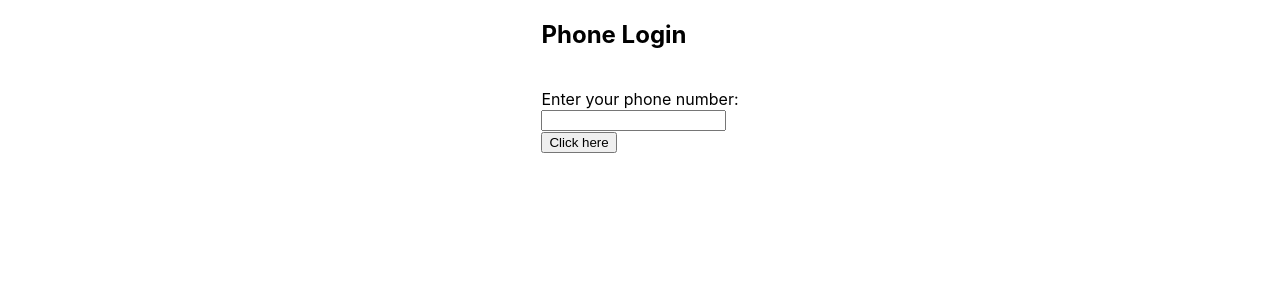
Repository: Rubin78/login-verification
Page: /
The author's editor kept a copy of each file at every save. The page is drawn from the files as they stood at one save, then again after the next save.
The browser window is 1280 px wide. The pictures show the whole page.
The project was rebuilt for these pictures with package versions that can differ from the ones it lists, and the page was loaded fresh each time.

Above is the page before, as saved 2021-02-16 01:40:49.

### src/App.js
import React, { Component, label } from "react";
import "./App.css";
import firebase from "./firebase";

export default class App extends Component {
  constructor(props) {
    super(props);

    this.state = {
      phoneNumber: null,
    };
  }

  //   setUpRecaptcha = () =>{
  // window.recaptchaVerifier = new firebase.auth.RecaptchaVerifier(
  //   "sign-in-button",
  //   {
  //     size: "invisible",
  //     callback: (response) => {
  //       // reCAPTCHA solved, allow signInWithPhoneNumber.
  //       this.onSignInSubmit();
  //     },
  //   }
  // );

  //   };

  //   onSignInSubmit = (event) => {
  // event.preventDefault();
  //     const phoneNumber = "+918369696578";
  //     const appVerifier = window.recaptchaVerifier;
  //     firebase
  //       .auth()
  //       .signInWithPhoneNumber(phoneNumber, appVerifier)
  //       .then((confirmationResult) => {
  // SMS sent. Prompt user to type the code from the message, then sign the
  // user in with confirmationResult.confirm(code).
  // window.confirmationResult = confirmationResult;
  // ...
  // })
  // .catch((error) => {
  // Error; SMS not sent
  // ...
  //     });
  // }

  handleClick = (e) => {
    e.preventDefault();
    const { phoneNumber } = this.state;
    const phoneNumber_countryCode = `+91${phoneNumber}`;
    console.log(phoneNumber_countryCode);
    let recaptcha = new firebase.auth.RecaptchaVerifier("recaptcha");
    let number = phoneNumber_countryCode;
    firebase
      .auth()
      .signInWithPhoneNumber(number, recaptcha)
      .then(function (e) {
        let code = prompt("enter otp", "");
        if (code == null) return;
        e.confirm(code)
          .then(function (result) {
            console.log(result.user, "user");
            document.querySelector("label").textContent =
              result.user.phoneNumber + "Number Verified";
          })
          .catch((error) => {
            console.log(error);
          });
      });
  };

  render() {
    const { phoneNumber } = this.state;
    return (

       <div className="container">

<div className="row justify-content-center align-item-center">

<div className="col-sm-6 text-left">
  <h2>Phone Login</h2>
  </div>
        <form onSubmit={this.handleClick}>
          <div id="recaptcha"></div>
          <br />
          <div><label for="phone">Enter your phone number: </label></div>
          <input
            type="tel"
            pattern="[789][0-9]{9}"
            value={phoneNumber}
            onChange={(e) => {
              this.setState({
                phoneNumber: e.target.value,
              });
            }}
          />
          <br />
          <input type="submit" value="Click here" />
        </form>
        </div>
        {/* <div className="container">

<div className="row justify-content-center align-item-center">

<div className="col-sm-6 text-left">
  <h2>Phone Login</h2>
  </div>
<form onSubmit={this.onSignInSubmit}>
  <div className="form-group">
    <label for ="exampleInputEmail1">phone number</label>
    <input type="number" className="form-control" />
    </div>

    <button type="submit" className="btn btn-primary">submit</button>
    </form>
  </div>
  </div> */}
      </div>
    );
  }
}

### src/App.css
.App {
  text-align: center;
}
.container{
  display: flex;
  justify-content: center;
  align-items: center;
}
.App-logo {
  height: 40vmin;
  pointer-events: none;
}

@media (prefers-reduced-motion: no-preference) {
  .App-logo {
    animation: App-logo-spin infinite 20s linear;
  }
}

.App-header {
  background-color: #282c34;
  min-height: 100vh;
  display: flex;
  flex-direction: column;
  align-items: center;
  justify-content: center;
  font-size: calc(10px + 2vmin);
  color: white;
}

.App-link {
  color: #61dafb;
}

@keyframes App-logo-spin {
  from {
    transform: rotate(0deg);
  }
  to {
    transform: rotate(360deg);
  }
}

### src/firebase.js
import firebase from "firebase";
import "firebase/auth";



// Your web app's Firebase configuration
var firebaseConfig = {
  apiKey: "AIzaSyCPzRnaARKqxbz7v2rWT2UkPVg2Tu1pzO8",
  authDomain: "phone-login-2db6e.firebaseapp.com",
  projectId: "phone-login-2db6e",
  storageBucket: "phone-login-2db6e.appspot.com",
  messagingSenderId: "683632220759",
  appId: "1:683632220759:web:e58cc6ba32dc476c8a2112",
};
// Initialize Firebase
firebase.initializeApp(firebaseConfig);

export default firebase;

Loaded but not shown: public/index.html (common file); src/index.js (common file); src/index.css (common file); src/reportWebVitals.js (common file)

After the next save:
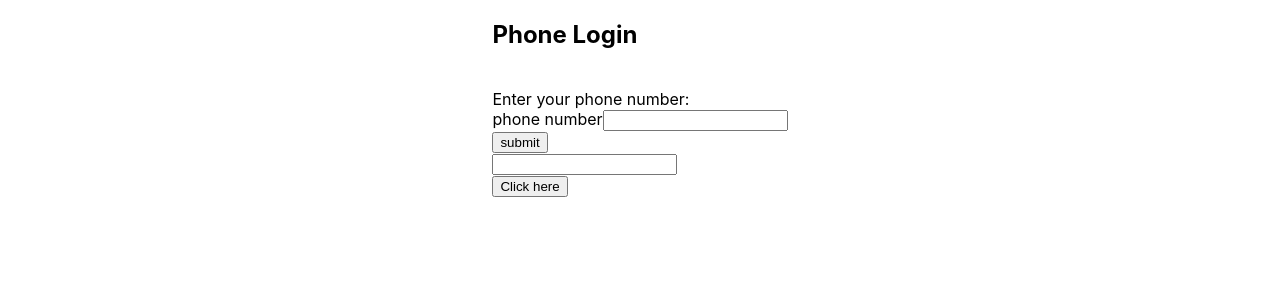
Saved 72 s later.
--- a/src/App.js
+++ b/src/App.js
@@ -72,31 +72,41 @@
   render() {
     const { phoneNumber } = this.state;
     return (
+      <div className="container">
+        <div className="row justify-content-center align-item-center">
+          <div className="col-sm-6 text-left">
+            <h2>Phone Login</h2>
+          </div>
+          <form onSubmit={this.handleClick}>
+            <div id="recaptcha"></div>
+            <br />
+            <div>
+              <label for="phone">Enter your phone number: </label>
+            </div>
 
-       <div className="container">
+            <form onSubmit={this.onSignInSubmit}>
+              <div className="form-group">
+                <label for="exampleInputEmail1">phone number</label>
+                <input type="number" className="form-control" />
+              </div>
 
-<div className="row justify-content-center align-item-center">
-
-<div className="col-sm-6 text-left">
-  <h2>Phone Login</h2>
-  </div>
-        <form onSubmit={this.handleClick}>
-          <div id="recaptcha"></div>
-          <br />
-          <div><label for="phone">Enter your phone number: </label></div>
-          <input
-            type="tel"
-            pattern="[789][0-9]{9}"
-            value={phoneNumber}
-            onChange={(e) => {
-              this.setState({
-                phoneNumber: e.target.value,
-              });
-            }}
-          />
-          <br />
-          <input type="submit" value="Click here" />
-        </form>
+              <button type="submit" className="btn btn-primary">
+                submit
+              </button>
+            </form>
+            <input
+              type="tel"
+              pattern="[789][0-9]{9}"
+              value={phoneNumber}
+              onChange={(e) => {
+                this.setState({
+                  phoneNumber: e.target.value,
+                });
+              }}
+            />
+            <br />
+            <input type="submit" value="Click here" />
+          </form>
         </div>
         {/* <div className="container">
 

After the 2 saves that followed:
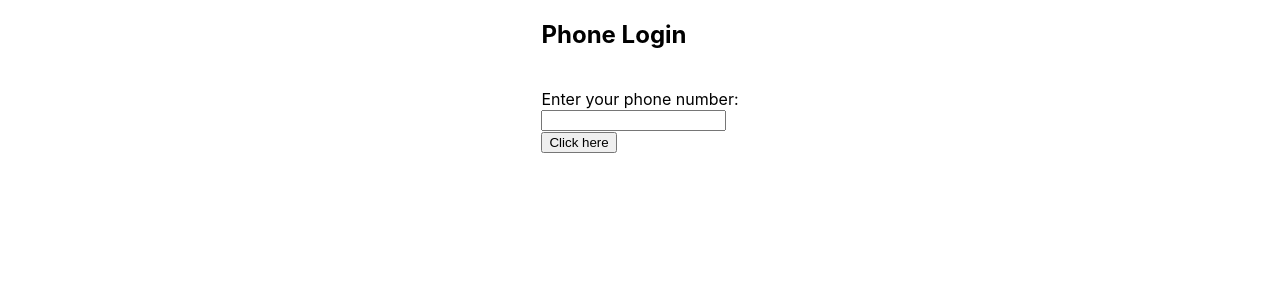
The 2 saves are shown as one change because 1 left the picture as it was.
The last was saved 11 s later.
--- a/src/App.js
+++ b/src/App.js
@@ -72,41 +72,33 @@
   render() {
     const { phoneNumber } = this.state;
     return (
-      <div className="container">
-        <div className="row justify-content-center align-item-center">
-          <div className="col-sm-6 text-left">
-            <h2>Phone Login</h2>
-          </div>
-          <form onSubmit={this.handleClick}>
-            <div id="recaptcha"></div>
-            <br />
-            <div>
-              <label for="phone">Enter your phone number: </label>
-            </div>
 
-            <form onSubmit={this.onSignInSubmit}>
-              <div className="form-group">
-                <label for="exampleInputEmail1">phone number</label>
-                <input type="number" className="form-control" />
-              </div>
+       <div className="container">
 
-              <button type="submit" className="btn btn-primary">
-                submit
-              </button>
-            </form>
-            <input
-              type="tel"
-              pattern="[789][0-9]{9}"
-              value={phoneNumber}
-              onChange={(e) => {
-                this.setState({
-                  phoneNumber: e.target.value,
-                });
-              }}
-            />
-            <br />
-            <input type="submit" value="Click here" />
-          </form>
+<div className="row justify-content-center align-item-center">
+
+<div className="col-sm-6 text-left">
+  <h2>Phone Login</h2>
+  </div>
+        <form onSubmit={this.handleClick}>
+          <div id="recaptcha"></div>
+          <br />
+          <div><label for="phone">Enter your phone number: </label></div>
+
+
+          <input
+            type="tel"
+            pattern="[789][0-9]{9}"
+            value={phoneNumber}
+            onChange={(e) => {
+              this.setState({
+                phoneNumber: e.target.value,
+              });
+            }}
+          />
+          <br />
+          <input type="submit" value="Click here" />
+        </form>
         </div>
         {/* <div className="container">
 
